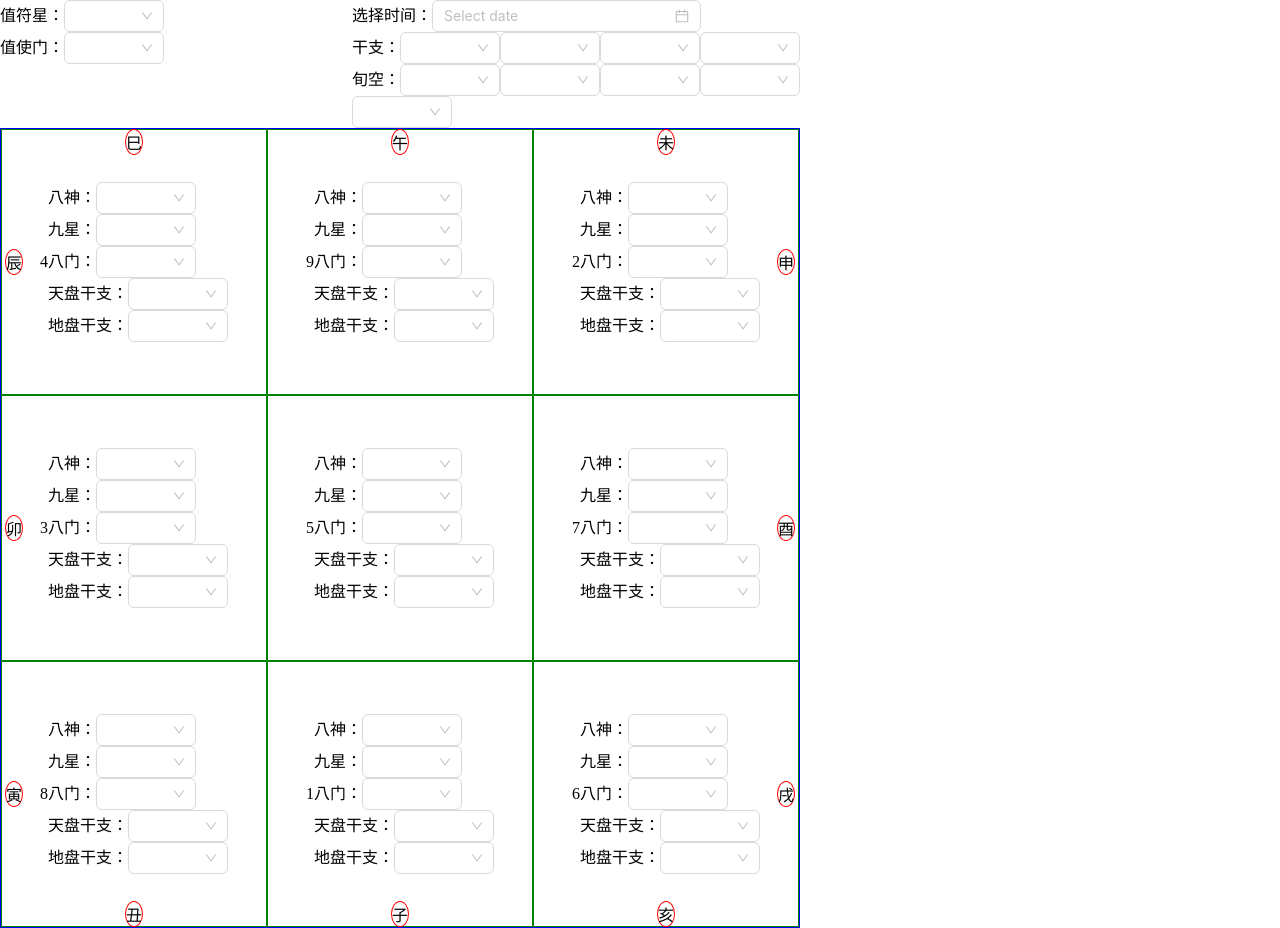
Repository: DaozhangChen/qiMen
Page: /
An editor plug-in stored every save of this project. The page is shown before and after the next save, followed by the edit.
The browser window is 1280 px wide. The pictures show the whole page.
The project was rebuilt for these pictures with package versions that can differ from the ones it lists, and the page was loaded fresh each time. Also part of the build but not shown: vite.config.js.

Above is the page before, as saved 2024-04-06 16:29:26.

### src/App.jsx
import Sudoku from './compoment/Sudoku'

function App() {

  return (
    <>
      <Sudoku />
    </>
  )
}

export default App

### src/index.css
* {
  padding: 0;
  margin: 0;
  box-sizing: border-box;
}

ul,
li {
  list-style: none;
}

### src/compoment/Sudoku.jsx
import "../style/Sudoku.css"
import InfoSelect from "./InfoSelect"
import { useState } from "react"
import HeaderInfo from "./HeaderInfo"
import { useEffect } from "react"

function Sudoku() {
    const regionArr = [
        { number: 4, area: "巽", initDownStem1: "巳", initDownStem2: "辰" },
        { number: 9, area: "离", initDownStem1: "午" },
        { number: 2, area: "坤", initDownStem1: "未", initDownStem2: "申" },
        { number: 3, area: "震", initDownStem1: "卯" },
        { number: 5, area: "中" },
        { number: 7, area: "兑", initDownStem1: "酉" },
        { number: 8, area: "艮", initDownStem1: "丑", initDownStem2: "寅" },
        { number: 1, area: "坎", initDownStem1: "子" },
        { number: 6, area: "乾", initDownStem1: "亥", initDownStem2: "戌" }
    ]
    const baseHeaderInfo = {
        headerStar: null,
        headerDoor: null,
        headerTime: null,
        headerYearStem: null,
        headerMonthStem: null,
        headerDayStem: null,
        headerTimeStem: null,
        headerYearNull: null,
        headerMonthNull: null,
        headerDayNull: null,
        headerTimeNull: null,
        curPattern: null
    }
    const [detailInfo, setDetailInfo] = useState(regionArr)
    const [headerInfoObj, setHeaderInfoObj] = useState(baseHeaderInfo)
    useEffect(() => {
        console.log("11", detailInfo)
        return () => {
            console.log("22", detailInfo)
        }
    }, [detailInfo])


    return (
        <>
            <HeaderInfo setHeaderInfo={setHeaderInfoObj} />
            <div className="sudoku-grid">
                {/* 生成九宫格 */}
                {regionArr.map((value) => (
                    <div key={value.number} className="sudoku-row" data-key={value.number}>
                        {
                            value.number !== 5 ? <div className={"downStem1-" + value.number}>{value.initDownStem1}</div> : null
                        }
                        {
                            value.number % 2 === 0 ? <div className={"downStem2-" + value.number}>{value.initDownStem2}</div> : null
                        }
                        <div>{value.number}</div>
                        <ul>
                            <li className="sudoku-cell">
                                <ul>
                                    <li className="god">八神：<span><InfoSelect type="god" setDetailInfo={setDetailInfo} area={value.number} /></span></li>
                                    <li className="star">九星：<span><InfoSelect type="star" setDetailInfo={setDetailInfo} area={value.number} /></span></li>
                                    <li className="door">八门：<span><InfoSelect type="door" setDetailInfo={setDetailInfo} area={value.number} /></span></li>
                                    <li className="upStem">天盘干支：<span><InfoSelect type="upStem" setDetailInfo={setDetailInfo} area={value.number} /></span></li>
                                    <li className="downStem">地盘干支：<span><InfoSelect type="downStem" setDetailInfo={setDetailInfo} area={value.number} /></span></li>
                                </ul>
                            </li>
                        </ul>
                    </div>
                ))}
            </div>
        </>
    )
}
export default Sudoku

### src/style/Sudoku.css
.sudoku-grid {
    border: 1px solid blue;
    width: 800px;
    height: 800px;
    display: grid;
    grid-template-columns: repeat(3, 1fr);
    grid-template-rows: repeat(3, 1fr);

}

.sudoku-row {
    display: flex;
    border: 1px solid green;
    align-items: center;
    justify-content: center;
    position: relative;
}

.sudoku-cell>li {
    margin: 5px 0px;
}

div[class^="downStem"] {
    border: 1px solid red;
    border-radius: 50%;
}

.downStem1-4,
.downStem1-9,
.downStem1-2 {
    position: absolute;
    transform: translateY(-120px);
}

.downStem1-3,
.downStem2-4,
.downStem2-8 {
    position: absolute;
    transform: translateX(-120px);
}

.downStem1-7,
.downStem2-2,
.downStem2-6 {
    position: absolute;
    transform: translateX(120px);
}

.downStem1-1,
.downStem1-8,
.downStem1-6 {
    position: absolute;
    transform: translateY(120px);
}

### src/compoment/InfoSelect.jsx
import { Select } from "antd";
import setOption from "../toolFunction/setOption"

// eslint-disable-next-line react/prop-types
const InfoSelect = ({ type, setDetailInfo, area }) => {
    const option = setOption(type)

    const setValue = (value) => {
        //设置全局value
        if (area === "header") {
            setDetailInfo(originObj => {
                originObj[type] = value
                return { ...originObj }
            })
        } else {
            setDetailInfo(originArr => {
                const newArr = originArr.map((item) => {
                    if (item.number === area) {
                        item[type] = value
                        return item
                    } else {
                        return item
                    }
                })
                return newArr
            })
        }
    }

    return (
        <>
            <Select style={{ width: 100 }} options={option} onChange={setValue} showSearch />
        </>
    )
}

export default InfoSelect

### src/compoment/HeaderInfo.jsx
import "../style/HeaderInfo.css"
import InfoSelect from "./InfoSelect"
import { DatePicker } from 'antd';
// eslint-disable-next-line react/prop-types
const HeaderInfo = ({ setHeaderInfo }) => {

    const timeChange = (time, dateString) => {
        setHeaderInfo((value) => {
            return { ...value, headerTime: dateString }
        })
    }
    return (
        <>
            <div className="headerWrapper">
                <div>
                    <div>值符星：<span><InfoSelect type="headerStar" setDetailInfo={setHeaderInfo} area="header" /></span></div>
                    <div>值使门：<span><InfoSelect type="headerDoor" setDetailInfo={setHeaderInfo} area="header" /></span></div>
                </div>
                <div>
                    <div>选择时间：<span><DatePicker showTime onChange={timeChange} /></span></div>
                    <div>干支：
                        <span>
                            <InfoSelect type="headerYearStem" setDetailInfo={setHeaderInfo} area="header" />
                            <InfoSelect type="headerMonthStem" setDetailInfo={setHeaderInfo} area="header" />
                            <InfoSelect type="headerDayStem" setDetailInfo={setHeaderInfo} area="header" />
                            <InfoSelect type="headerTimeStem" setDetailInfo={setHeaderInfo} area="header" />
                        </span>
                    </div>
                    <div>旬空：
                        <span>
                            <InfoSelect type="headerYearNull" setDetailInfo={setHeaderInfo} area="header" />
                            <InfoSelect type="headerMonthNull" setDetailInfo={setHeaderInfo} area="header" />
                            <InfoSelect type="headerDayNull" setDetailInfo={setHeaderInfo} area="header" />
                            <InfoSelect type="headerTimeNull" setDetailInfo={setHeaderInfo} area="header" />
                        </span>
                    </div>
                    <div>
                        <span>
                            <InfoSelect type="curPattern" setDetailInfo={setHeaderInfo} area="header" />
                        </span>
                    </div>
                </div>
            </div>
        </>
    )
}

export default HeaderInfo

### src/toolFunction/setOption.js
import allStem from "./getAllSexagenaryBranches"
function setupOption(arr) {
    const option = arr.map((value) => {
        const obj = {}
        obj.label = value
        obj.value = value
        return obj
    })
    return option
}

const setOption = (type) => {
    const godArr = ["值符", "腾蛇", "太阴", "六合", "白虎", "玄武", "九地", "九天"]
    const starArr = ["天蓬星", "天任星", "天冲星", "天辅星", "天英星", "天芮星", "天柱星", "天心星", "天禽星"]
    const doorArr = ["休门", "生门", "伤门", "杜门", "景门", "死门", "惊门", "开门"]
    const stemArr = ["戊", "己", "庚", "辛", "壬", "癸", "丁", "丙", "乙"]
    const downNullStem = ["子丑", "寅卯", "辰巳", "午未", "申酉", "戌亥"]
    const pattern = [
        "阳遁一局", "阳遁二局", "阳遁三局", "阳遁四局", "阳遁五局", "阳遁六局", "阳遁七局", "阳遁八局", "阳遁九局",
        "阴遁一局", "阴遁二局", "阴遁三局", "阴遁四局", "阴遁五局", "阴遁六局", "阴遁七局", "阴遁八局", "阴遁九局"
    ]
    const resultMap = {
        "god": setupOption(godArr),
        "star": setupOption(starArr),
        "door": setupOption(doorArr),
        "upStem": setupOption(stemArr),
        "downStem": setupOption(stemArr),
        "headerStar": setupOption(starArr),
        "headerDoor": setupOption(doorArr),
        "headerYearStem": setupOption(allStem),
        "headerMonthStem": setupOption(allStem),
        "headerDayStem": setupOption(allStem),
        "headerTimeStem": setupOption(allStem),
        "headerYearNull": setupOption(downNullStem),
        "headerMonthNull": setupOption(downNullStem),
        "headerDayNull": setupOption(downNullStem),
        "headerTimeNull": setupOption(downNullStem),
        "curPattern": setupOption(pattern)
    }
    return resultMap[type]
}

export default setOption

### src/style/HeaderInfo.css
.headerWrapper {
    display: flex;
    flex-direction: row;
    width: 800px;
    justify-content: space-between;
}

### src/toolFunction/getAllSexagenaryBranches.js
function getAllSexagenaryBranches() {
    const allUpStem = ["甲", "乙", "丙", "丁", "戊", "己", "庚", "辛", "壬", "癸"]
    const allDownStem = ["子", "丑", "寅", "卯", "辰", "巳", "午", "未", "申", "酉", "戌", "亥"]
    const finalItems = []
    let upIndex = 0
    let downIndex = 0
    for (let i = 0; i < 60; i++) {
        finalItems.push(allUpStem[upIndex] + allDownStem[downIndex])
        upIndex === 9 ? upIndex = 0 : upIndex++
        downIndex === 11 ? downIndex = 0 : downIndex++
    }
    return finalItems
}
const allStem = getAllSexagenaryBranches()


export default allStem

Loaded but not shown: index.html (common file); src/main.jsx (common file)

After the next save:
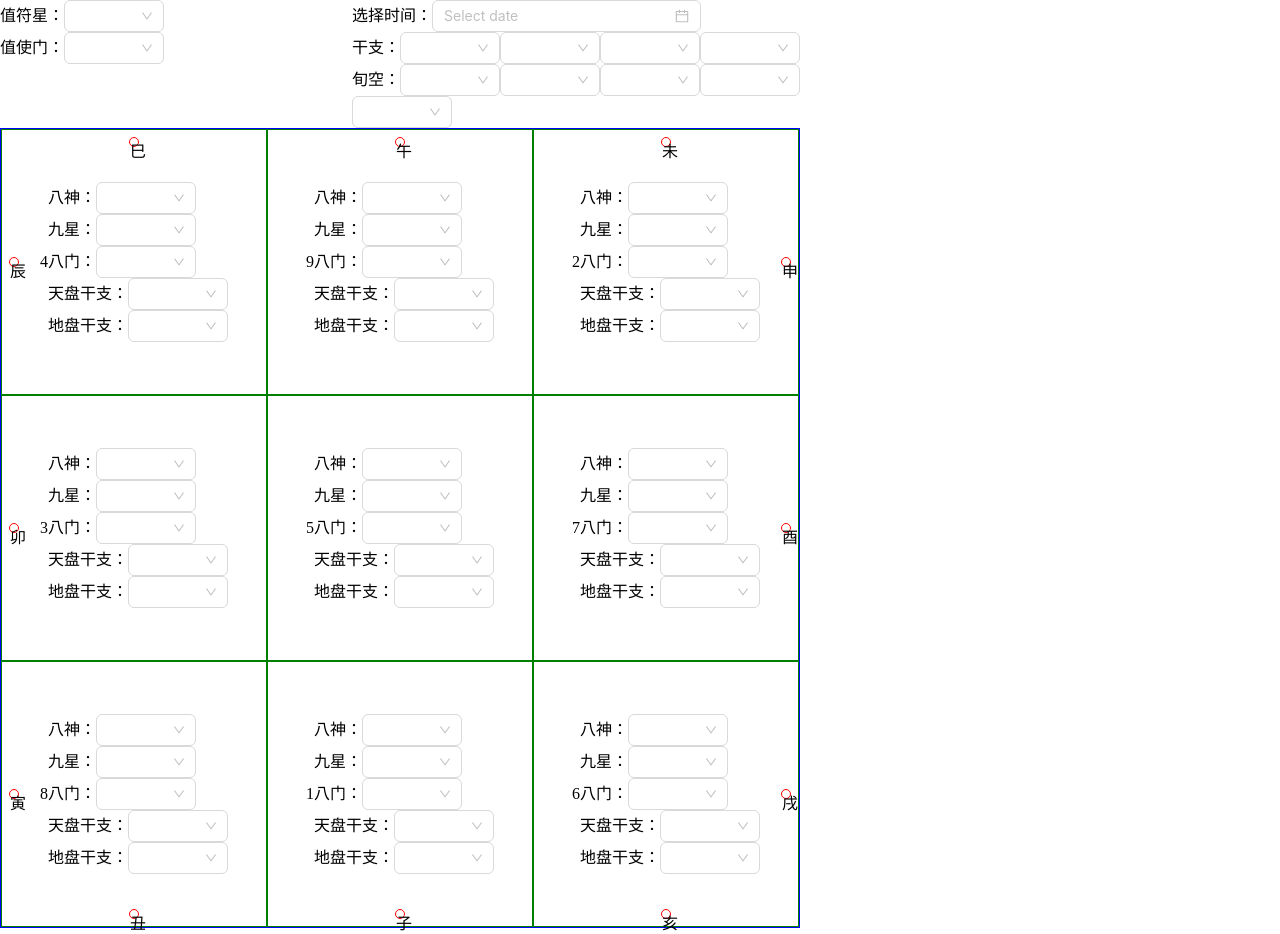
Saved 49 s later.
--- a/src/style/Sudoku.css
+++ b/src/style/Sudoku.css
@@ -21,6 +21,8 @@
 }
 
 div[class^="downStem"] {
+    width: 10px;
+    height: 10px;
     border: 1px solid red;
     border-radius: 50%;
 }
